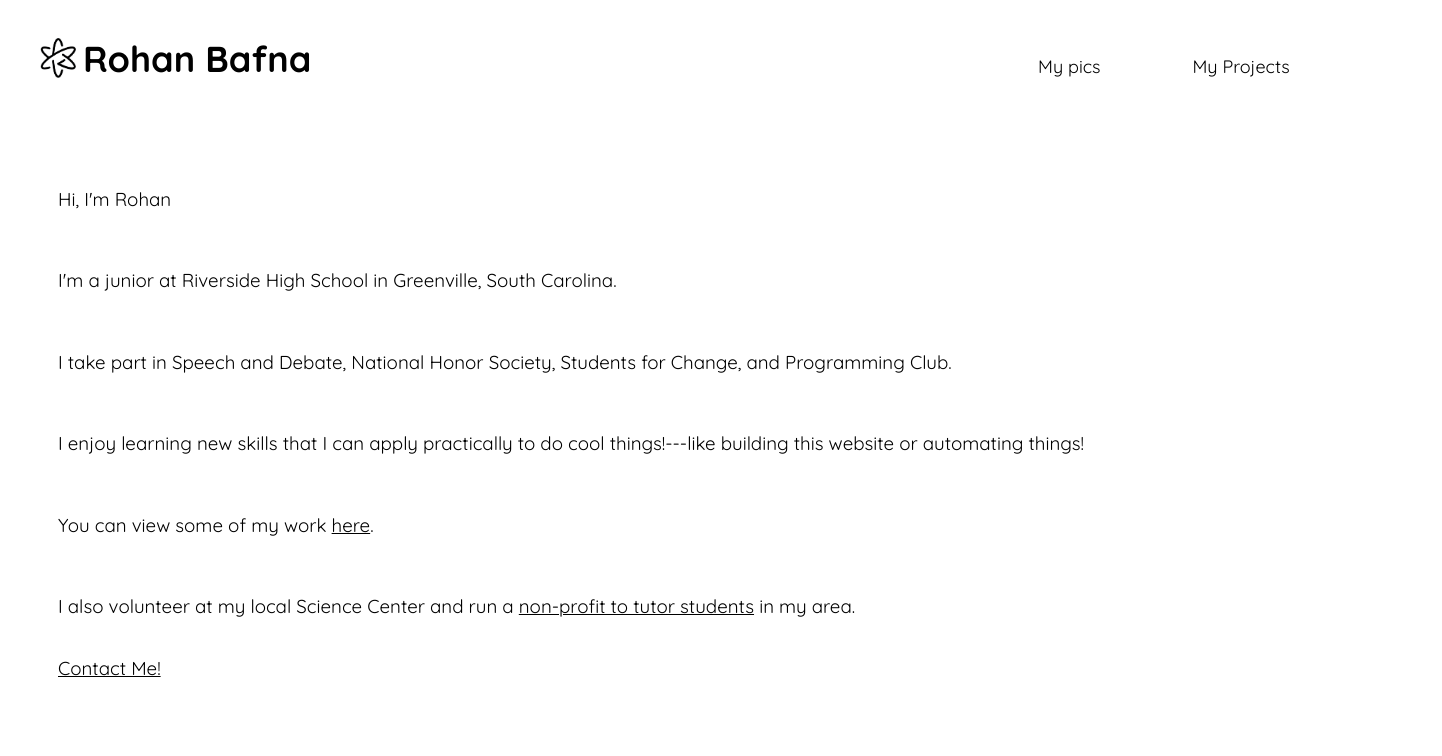
Repository: rbafna6507/rbafna6507.github.io
Page: index.html
The author's editor kept a copy of each file at every save. The page is drawn from the files as they stood at one save, then again after the next save.
The browser window is 1280 px wide. The page is 1442 px wide, so the pictures cover 1442 px, including what lies to the right of the window. The pictures show the whole page.

Above is the page before, as saved 2020-12-19 22:46:11.

After the next save:
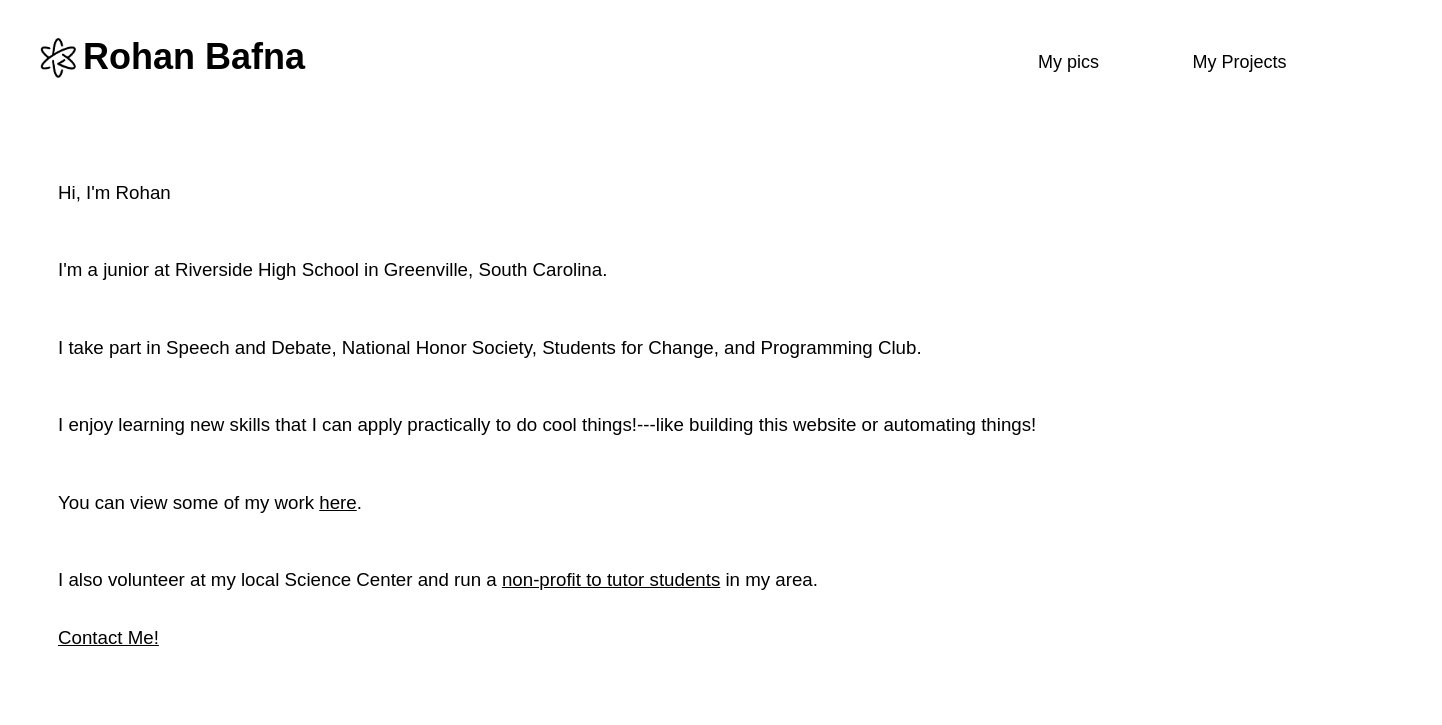
Saved 37 s later.
--- a/about.css
+++ b/about.css
@@ -36,7 +36,7 @@ h3 {
 }
 
 .header {
-    font-family: "quicksand";
+    font-family: 'Space Grotesk', sans-serif;
     position: relative;
     left: 30px;
     bottom: 70px;
@@ -93,7 +93,7 @@ a:active {
     position: relative;
     left: 50px;
     bottom: 30px;
-    font-family: "quicksand";
+    font-family: 'Space Grotesk', sans-serif;
 }
 
 h2 {
@@ -109,6 +109,6 @@ html {
     position: relative;
     left: 50px;
     bottom: 50px;
-    font-family: "quicksand";
+    font-family: 'Space Grotesk', sans-serif;
     text-decoration: underline;
 }
